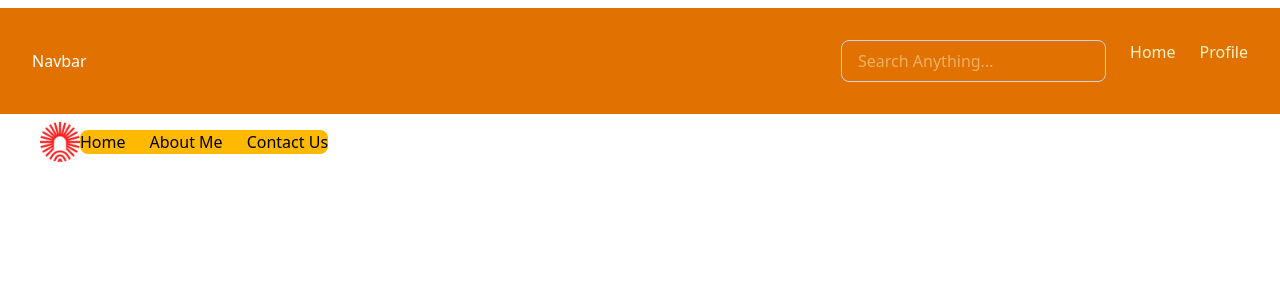
Repository: samit2059/CollegeReact
Page: / (app in react/collegereact/)
The author's editor kept a copy of each file at every save. The page is drawn from the files as they stood at one save, then again after a run of saves.
The browser window is 1280 px wide. The pictures show the whole page.
The project was rebuilt for these pictures with package versions that can differ from the ones it lists, and the page was loaded fresh each time. Also part of the build but not shown: react/collegereact/vite.config.js, react/collegereact/src/App.jsx, react/collegereact/src/navbar.jsx, react/collegereact/src/Props Example/First.jsx, react/collegereact/src/StateExamples/profile.jsx, react/collegereact/src/Props Example/Second.jsx.

Above is the page before, as saved 2026-01-24 22:00:32.

After the next 4 saves:
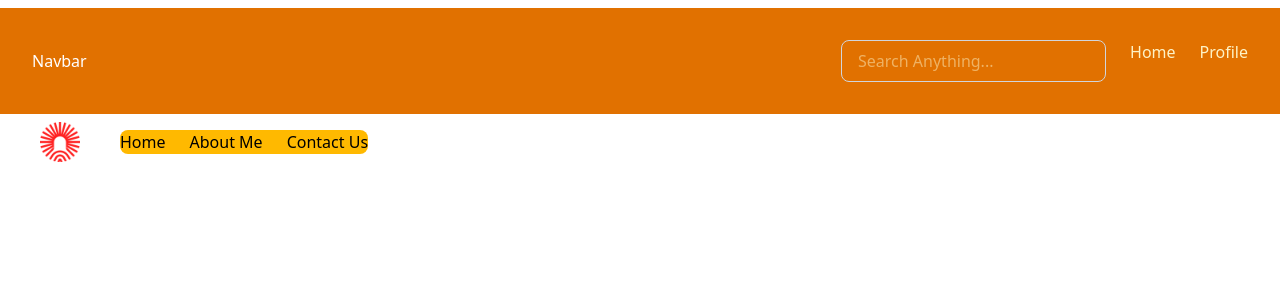
The 4 saves are shown as one change because they came seconds apart.
The last was saved 47 s later.
--- a/react/collegereact/src/day4/header.jsx
+++ b/react/collegereact/src/day4/header.jsx
@@ -3,7 +3,7 @@ import Logo from '../assets/Logo.png'
 const Header = () => {
   return (
     <div className='flex '>
-      <header className='flex justify-around items-center px-10'>
+      <header className='flex justify-around items-center px-10 gap-10'>
         <div>
             <img src={Logo} alt="nothing" width={40} height={40}/>
         </div>
